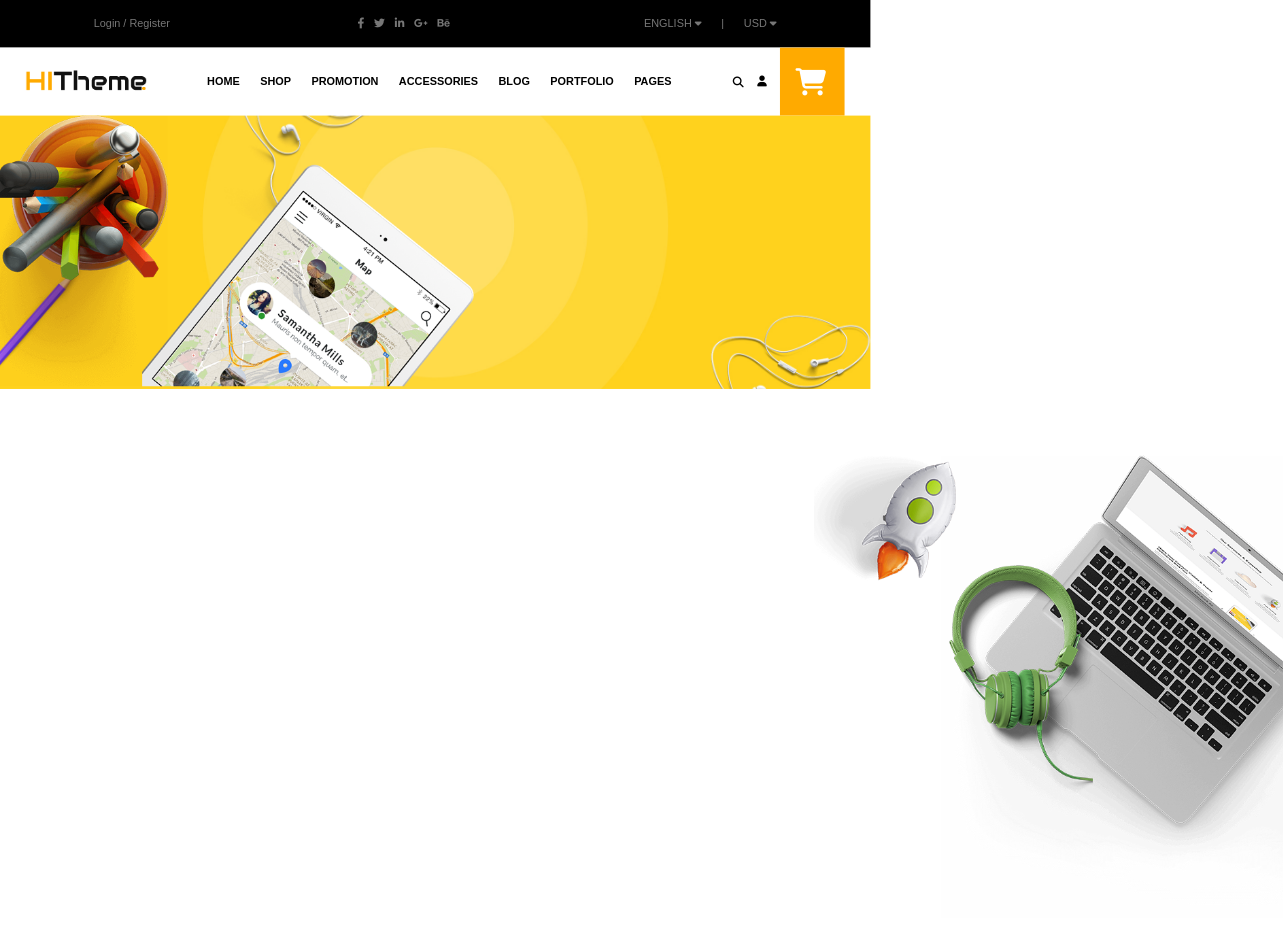
Repository: Thach1311/DU-AN-WEB-BAN-HANG-
Page: index1.html
An editor plug-in stored every save of this project. The page is shown before and after the next save, followed by the edit.
The browser window is 1280 px wide. The page is 1887 px wide, then 1327 px, so the pictures cover 1887 px, including what lies to the right of the window. The pictures show the whole page, at 68% of full size.

Above is the page before, as saved 2023-02-23 17:34:44.

After the next save:
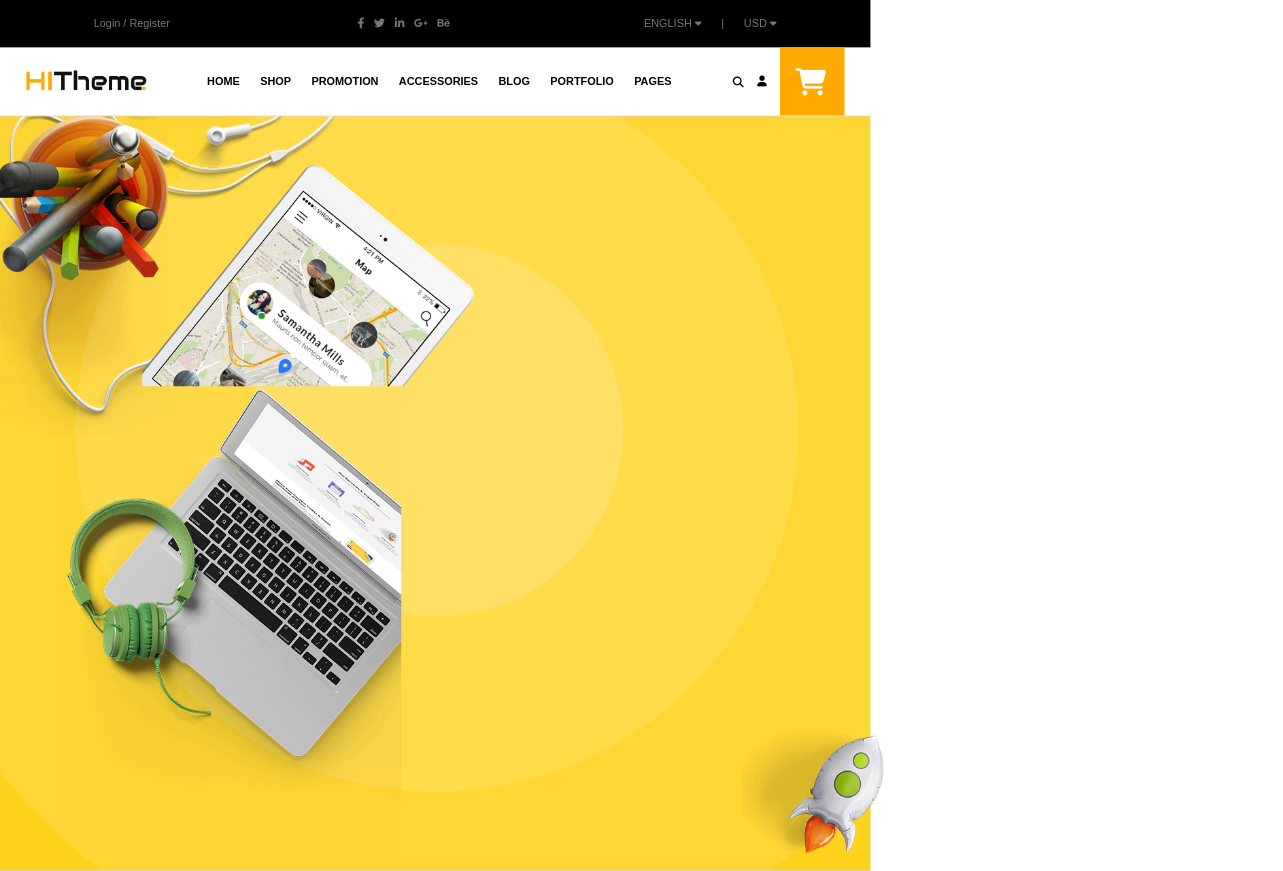
Saved 11 s later.
--- a/CSS/style1.css
+++ b/CSS/style1.css
@@ -625,9 +625,7 @@
      animation: go 3s infinite alternate-reverse;
 }
 .slide__bgMain-item3{
-    position: absolute;
-    margin-top: 500px;
-    margin-left:  600px;
+
 }
 .slide__bgMain-item4{
     position: absolute;
